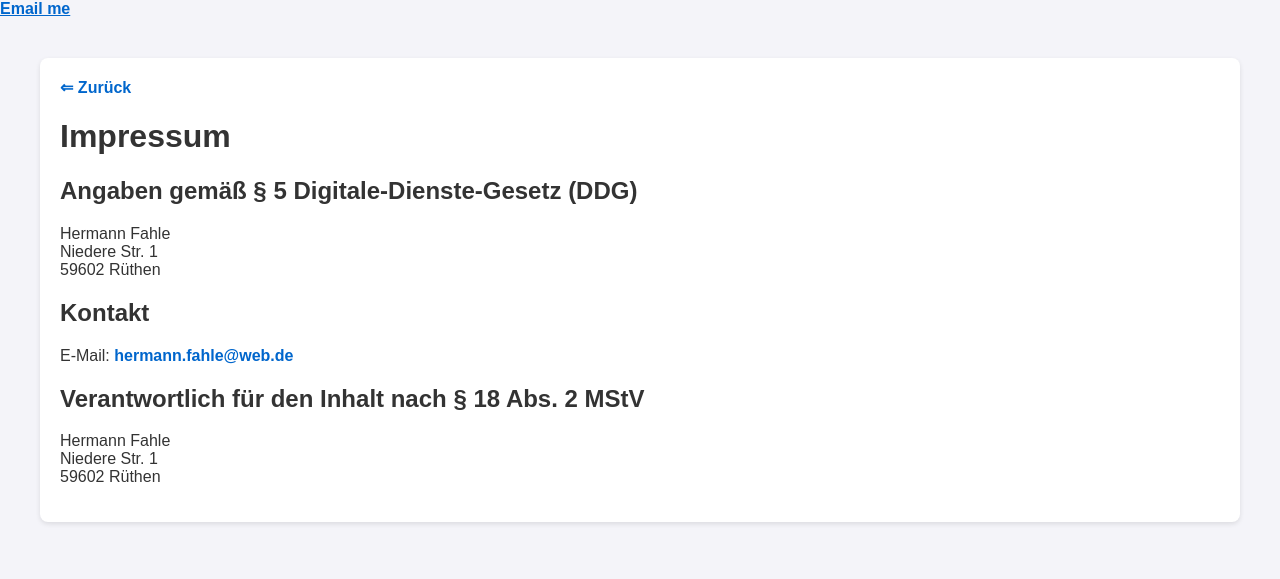
Repository: h-fahle/h-fahle.github.io
Page: impressum.html
An editor plug-in stored every save of this project. The page is shown before and after the next save, followed by the edit.
The browser window is 1280 px wide. The pictures show the whole page.

Above is the page before, as saved 2026-05-24 14:26:48.

### impressum.html
<!DOCTYPE html>
<html lang="de">
<head>
    <meta charset="UTF-8">
    <meta name="viewport" content="width=device-width, initial-scale=1.0">
    <title>Dokumentenübersicht</title>
    <style>
        body {
            margin: 0;
            font-family: Arial, sans-serif;
            display: flex;
            flex-direction: column;
            min-height: 100vh;
            background-color: #f4f4f9;
            color: #333;
        }
        footer {
            margin-top: auto; /* Drückt den Footer an den unteren Rand */
            background-color: #f1f1f1;
            text-align: center;
        }
        .container {
            background: #fff;
            margin: 40px;
            padding: 20px;
            border-radius: 8px;
            box-shadow: 0 2px 5px rgba(0,0,0,0.1);
        }
        ul {
            list-style-type: none;
            padding: 0;
        }
        li {
            margin: 15px 0;
        }
        a {
            text-decoration: none;
            color: #0066cc;
            font-weight: bold;
        }
        a:hover {
            text-decoration: underline;
        }
    </style>
    <script type="text/javascript">
    <!--/* Generated by www.email-encoder.com */
    for(var gcswrw=["bQ","YQ","YQ","Ig","Pg","bA","cg","Zg","aQ","YQ","aA","cw","YQ","YQ","dA","PQ","QA","ZQ","Lw","dA","PA","IA","bA","YQ","Pg","bw","aw","bQ","IA","bQ","Zw","ZQ","cg","bQ","ZQ","aQ","Ig","bA","aQ","cA","Lg","Og","bQ","RQ","PA","YQ","bw","bg","Lg","YQ","Yw"],orysxd=[36,25,1,8,38,12,4,6,42,49,3,23,16,22,18,7,27,46,48,13,47,2,43,30,50,14,21,45,44,9,28,5,26,40,19,11,37,32,31,24,20,15,29,39,0,10,35,17,33,41,34],nerera=new Array,i=0;i<orysxd.length;i++)
        nerera[orysxd[i]]=gcswrw[i];
    for(var i=0;i<nerera.length;i++)
        document.write(atob(nerera[i]+"=="));
    // --></script>
    <noscript>Please enable JavaScript to see the email address (<a href="https://www.email-encoder.com/enablejs/" target="_blank" rel="noopener noreferrer">How-to</a>).</noscript>
</head>
<body>

    <div class="container">
        <a href="javascript:history.back()">⇐ Zurück</a>

        <h1>Impressum</h1>
        <h2>Angaben gemäß § 5 Digitale-Dienste-Gesetz (DDG)</h2>
        <p>Hermann Fahle<br>Niedere Str. 1<br>59602 Rüthen</p>
        <h2>Kontakt</h2>
        <p>E-Mail: <a href="mailto:hermann.fahle@web.de">hermann.fahle@web.de</a></p>
        <h2>Verantwortlich für den Inhalt nach § 18 Abs. 2 MStV</h2>
        <p>Hermann Fahle<br>Niedere Str. 1<br>59602 Rüthen</p>
    </div>

</body>
</html>

After the next save:
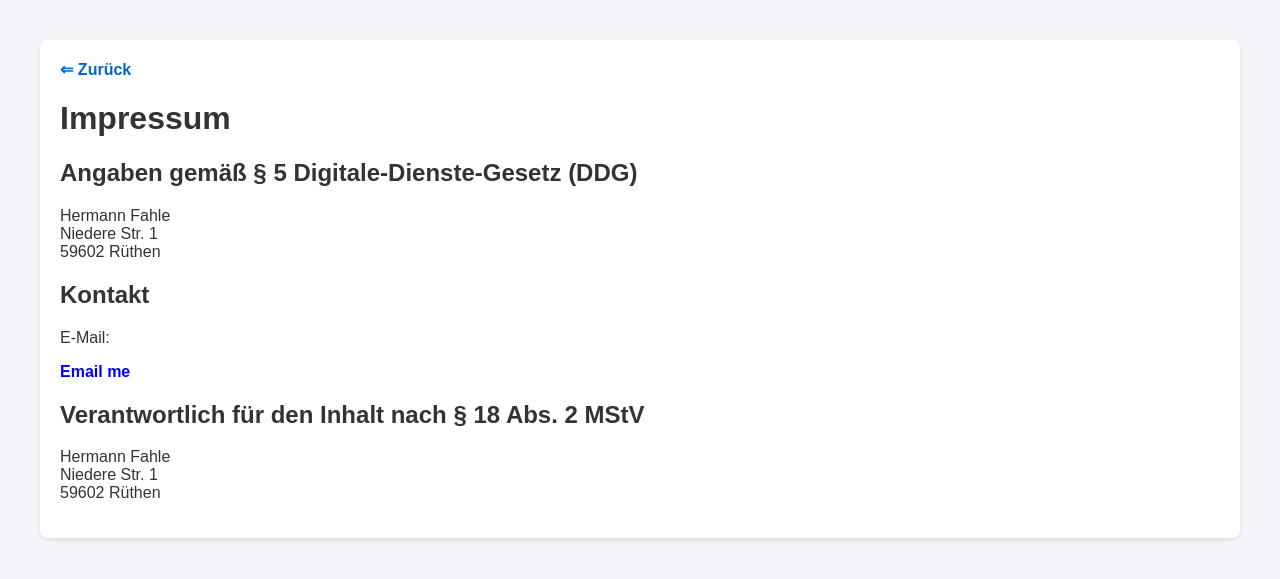
Saved 6 min 32 s later.
--- a/impressum.html
+++ b/impressum.html
@@ -42,14 +42,6 @@
             text-decoration: underline;
         }
     </style>
-    <script type="text/javascript">
-    <!--/* Generated by www.email-encoder.com */
-    for(var gcswrw=["bQ","YQ","YQ","Ig","Pg","bA","cg","Zg","aQ","YQ","aA","cw","YQ","YQ","dA","PQ","QA","ZQ","Lw","dA","PA","IA","bA","YQ","Pg","bw","aw","bQ","IA","bQ","Zw","ZQ","cg","bQ","ZQ","aQ","Ig","bA","aQ","cA","Lg","Og","bQ","RQ","PA","YQ","bw","bg","Lg","YQ","Yw"],orysxd=[36,25,1,8,38,12,4,6,42,49,3,23,16,22,18,7,27,46,48,13,47,2,43,30,50,14,21,45,44,9,28,5,26,40,19,11,37,32,31,24,20,15,29,39,0,10,35,17,33,41,34],nerera=new Array,i=0;i<orysxd.length;i++)
-        nerera[orysxd[i]]=gcswrw[i];
-    for(var i=0;i<nerera.length;i++)
-        document.write(atob(nerera[i]+"=="));
-    // --></script>
-    <noscript>Please enable JavaScript to see the email address (<a href="https://www.email-encoder.com/enablejs/" target="_blank" rel="noopener noreferrer">How-to</a>).</noscript>
 </head>
 <body>
 
@@ -60,7 +52,10 @@
         <h2>Angaben gemäß § 5 Digitale-Dienste-Gesetz (DDG)</h2>
         <p>Hermann Fahle<br>Niedere Str. 1<br>59602 Rüthen</p>
         <h2>Kontakt</h2>
-        <p>E-Mail: <a href="mailto:hermann.fahle@web.de">hermann.fahle@web.de</a></p>
+        <p>E-Mail:</p>
+        <script type="text/javascript"><!--/* Generated by www.email-encoder.com */
+for(var uvzgwx=["Zw","bA","PQ","ZQ","Yw","YQ","bA","aQ","bQ","PQ","Ig","YQ","bA","bw","Lg","aQ","Ig","dQ","bA","cw","aQ","aw","cg","YQ","PA","YQ","IA","PQ","IA","Lg","IA","bQ","cw","YQ","Ig","eQ","Pg","bA","bQ","YQ","aw","dA","bA","YQ","bQ","Lw","YQ","IA","bA","PQ","bA","ZQ","YQ","Pg","bw","Og","ZA","ZQ","bw","cg","bQ","bQ","Yw","LQ","ZQ","Yg","bA","bw","aQ","Ig","ZQ","YQ","Ig","cA","cw","cw","dA","Og","QA","bQ","Ig","Zg","ZQ","Ig","aQ","bA","YQ","cg","PA","Ig","IA","Yw","aA","aQ","bg","RQ","aQ","bg","dA"],ujfzew=[28,60,41,43,50,97,82,59,29,73,85,58,47,78,33,63,66,83,62,54,39,21,26,45,95,10,38,7,67,20,92,93,68,25,56,70,86,91,36,89,65,69,32,30,57,96,16,2,12,55,51,84,22,98,35,15,40,94,14,79,44,9,34,61,5,81,77,76,31,42,19,52,48,24,23,53,13,80,27,88,8,6,72,37,90,71,1,4,0,74,49,75,3,11,64,87,46,17,18],czcstd=new Array,i=0;i<ujfzew.length;i++)czcstd[ujfzew[i]]=uvzgwx[i];for(var i=0;i<czcstd.length;i++)document.write(atob(czcstd[i]+"=="));
+// --></script><noscript>Please enable JavaScript to see the email address (<a href="https://www.email-encoder.com/enablejs/" target="_blank" rel="noopener noreferrer">How-to</a>).</noscript>
         <h2>Verantwortlich für den Inhalt nach § 18 Abs. 2 MStV</h2>
         <p>Hermann Fahle<br>Niedere Str. 1<br>59602 Rüthen</p>
     </div>
